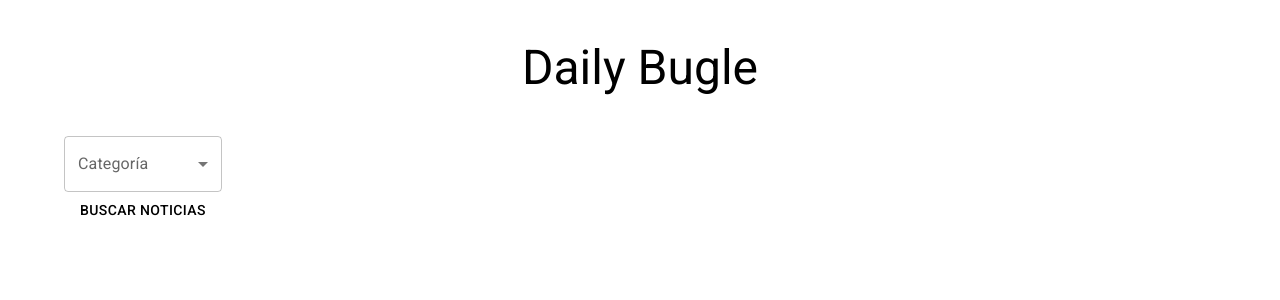
Repository: CarlosCamposRodriguez99/noticiasApp
Page: /
An editor plug-in stored every save of this project. The page is shown before and after the next save, followed by the edit.
The browser window is 1280 px wide. The pictures show the whole page.
Some web fonts or font styles are not loaded; a fallback is used. The project was rebuilt for these pictures with package versions that can differ from the ones it lists, and the page was loaded fresh each time. Also part of the build but not shown: vite.config.js.

Above is the page before, as saved 2022-06-07 19:38:26.

### index.html
<!DOCTYPE html>
<html lang="en">
  <head>
    <meta charset="UTF-8" />
    <link rel="icon" type="image/svg+xml" href="/src/favicon.svg" />
    <meta name="viewport" content="width=device-width, initial-scale=1.0" />
    <title>Buscador de Noticias</title>
    <link rel="preconnect" href="https://fonts.googleapis.com">
    <link rel="preconnect" href="https://fonts.gstatic.com" crossorigin>
    <link href="https://fonts.googleapis.com/css2?family=Joan&family=Roboto:wght@300;400;500;700&display=swap" rel="stylesheet">
  </head>
  <body>
    <div id="root"></div>
    <script type="module" src="/src/main.jsx"></script>
  </body>
</html>

### src/App.jsx
import { Container, Grid, Typography } from '@mui/material';
import Formulario from './components/Formulario';

function App() {

  return (
    <Container>
      <header>
        <Typography
          align="center"
          marginY={5}
          component='h1'
          variant='h3'
        >
          Daily Bugle
        </Typography>
      </header>

      <Formulario />
    </Container>
  )
}

export default App

### src/components/Formulario.jsx
import { FormControl, InputLabel, Select, MenuItem, Button, Box} from '@mui/material';

const CATEGORIAS = [
  { value: 'general', label: 'General'},
  { value: 'business', label: 'Negocios'},
  { value: 'entertainment', label: 'Entretenimiento'},
  { value: 'health', label: 'Salud'},
  { value: 'science', label: 'Ciencia'},
  { value: 'sports', label: 'Deportes'},
  { value: 'technology', label: 'Tecnología'},
]

const Formulario = () => {
  return (
    <form>
      <FormControl>
        <InputLabel>Categoría</InputLabel>
        <Select
          label="categoria"
        >
          {CATEGORIAS.map(categoria => (
            <MenuItem
              key={categoria.value}
              value={categoria.value}
            >
              {categoria.label}
            </MenuItem>
          ))}

        </Select>

        <Button
          fullWidth
          variant
        >
          Buscar Noticias
        </Button>
      </FormControl>
    </form>
  )
}

export default Formulario

Loaded but not shown: src/main.jsx (common file)

After the next save:
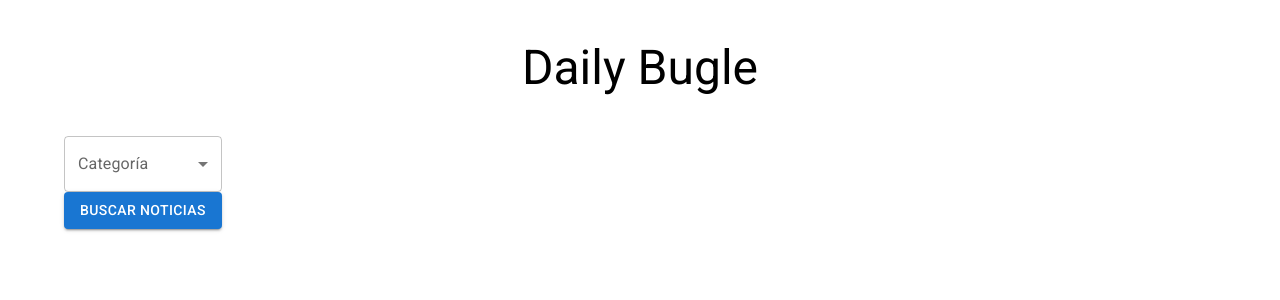
Saved 10 s later.
--- a/src/components/Formulario.jsx
+++ b/src/components/Formulario.jsx
@@ -31,7 +31,7 @@
 
         <Button
           fullWidth
-          variant
+          variant='contained'
         >
           Buscar Noticias
         </Button>
